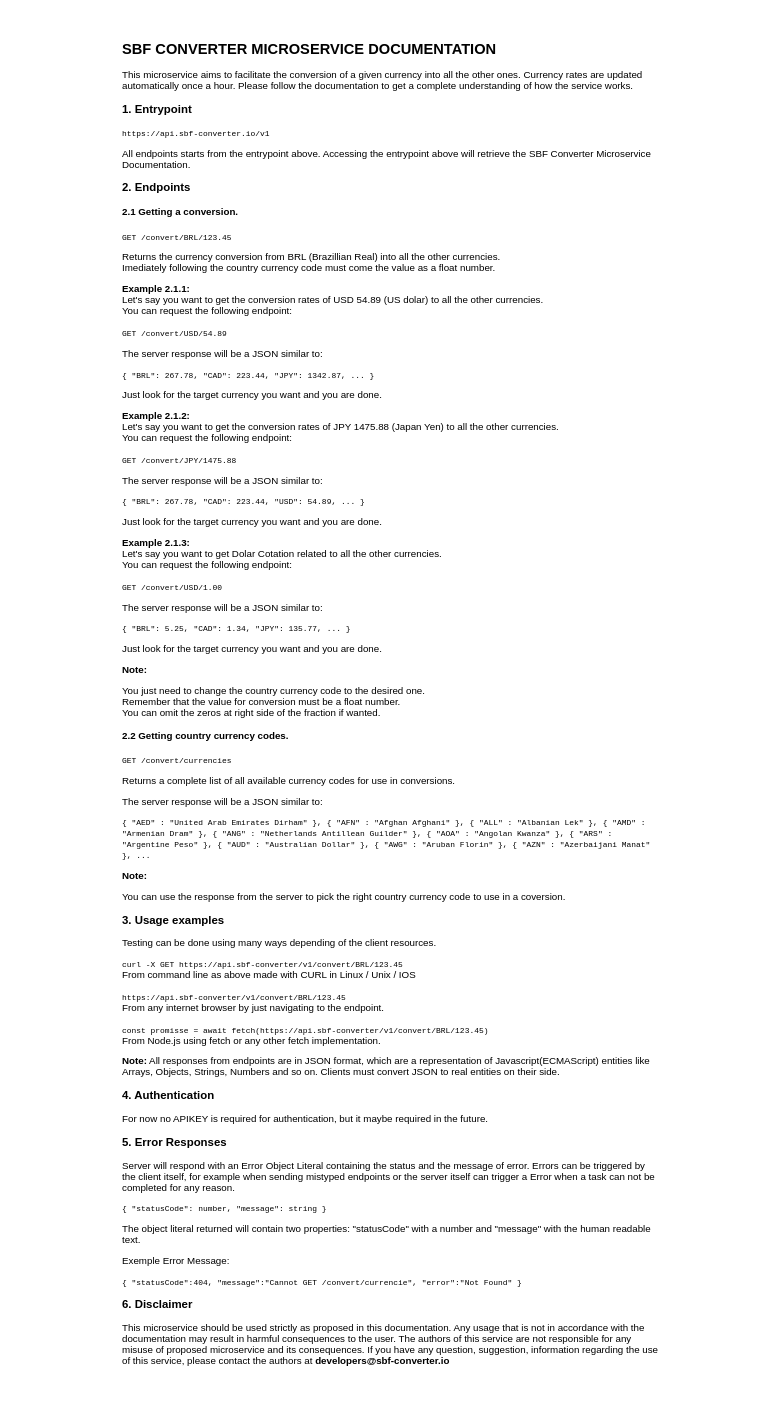
Repository: miguelamello/nestjs-restful-api
Page: documentation.html
The author's editor kept a copy of each file at every save. The page is drawn from the files as they stood at one save, then again after the next save.
The browser window is 1280 px wide. The pictures show the whole page, at 61% of full size.

Above is the page before, as saved 2023-03-23 15:08:56.

### documentation.html
<!DOCTYPE html>
<html lang="en">
<head>
  <meta charset="UTF-8">
  <meta http-equiv="X-UA-Compatible" content="IE=edge">
  <meta name="viewport" content="width=device-width, initial-scale=1.0">
  <title>SBF Converter Microservice</title>
  <style>
    body {
      font-family: Arial, Helvetica, sans-serif;
      padding: 3% 15%;
    }

    h3 {
      margin-top: 2%;
    }
  </style>
</head>
<body>
  <h2>SBF CONVERTER MICROSERVICE DOCUMENTATION</h2>
  <p>
    This microservice aims to facilitate the conversion of a given currency
    into all the other ones. Currency rates are updated automatically once a hour.
    Please follow the documentation to get a complete understanding of how the service works.
  </p>

  <h3>1. Entrypoint</h3>
  <code>https://api.sbf-converter.io/v1</code>
  <p>
    All endpoints starts from the entrypoint above. Accessing the entrypoint
    above will retrieve the SBF Converter Microservice Documentation.
  </p>

  <h3>2. Endpoints</h3>
  <h4>2.1 Getting a conversion.</h4>
  <p>
    <code>GET /convert/BRL/123.45</code>
    <div>Returns the currency conversion from BRL (Brazillian Real) into all the other currencies.</div>
    <div>Imediately following the country currency code must come the value as a float number.</div>

    <p>
      <div><b>Example 2.1.1:</b></div>
      <div>Let's say you want to get the conversion rates of USD 54.89 (US dolar) to all the other currencies.</div>
      <div>You can request the following endpoint:</div><br>
      <code>GET /convert/USD/54.89</code>
    </p>

    <p>The server response will be a JSON similar to:</p>

    <code>{ "BRL": 267.78, "CAD": 223.44, "JPY": 1342.87, ... }</code>

    <p>Just look for the target currency you want and you are done.</p>

    <p>
      <div><b>Example 2.1.2:</b></div>
      <div>Let's say you want to get the conversion rates of JPY 1475.88 (Japan Yen) to all the other currencies.</div>
      <div>You can request the following endpoint:</div><br>
      <code>GET /convert/JPY/1475.88</code>
    </p>

    <p>The server response will be a JSON similar to:</p>

    <code>{ "BRL": 267.78, "CAD": 223.44, "USD": 54.89, ... }</code>

    <p>Just look for the target currency you want and you are done.</p>

    <p>
      <div><b>Example 2.1.3:</b></div>
      <div>Let's say you want to get Dolar Cotation related to all the other currencies.</div>
      <div>You can request the following endpoint:</div><br>
      <code>GET /convert/USD/1.00</code>
    </p>

    <p>The server response will be a JSON similar to:</p>

    <code>{ "BRL": 5.25, "CAD": 1.34, "JPY": 135.77, ... }</code>

    <p>Just look for the target currency you want and you are done.</p>

    <p>
      <b>Note:</b>
      <div>You just need to change the country currency code to the desired one.</div>
      <div>Remember that the value for conversion must be a float number.</div>
      <div>You can omit the zeros at right side of the fraction if wanted.</div>
    </p>
  </p>

  <h4>2.2 Getting country currency codes.</h4>
  <p>
    <code>GET /convert/currencies</code>
    <div>Returns a complete list of all available currency codes for use in conversions.</div>

    <p>The server response will be a JSON similar to:</p>
    <code>
      { "AED" : "United Arab Emirates Dirham" },
      { "AFN" : "Afghan Afghani" },
      { "ALL" : "Albanian Lek" },
      { "AMD" : "Armenian Dram" },
      { "ANG" : "Netherlands Antillean Guilder" },
      { "AOA" : "Angolan Kwanza" },
      { "ARS" : "Argentine Peso" },
      { "AUD" : "Australian Dollar" },
      { "AWG" : "Aruban Florin" },
      { "AZN" : "Azerbaijani Manat" },
      ...
    </code>

    <p>
      <b>Note:</b>
      <div>You can use the response from the server to pick the right
        country currency code to use in a coversion.</div>
    </p>
  </p>

  <h3>3. Usage examples</h3>

  <p>Testing can be done using many ways depending of the client resources.</p>

  <code>curl -X GET https://api.sbf-converter/v1/convert/BRL/123.45</code>
  <div>From command line as above made with CURL in Linux / Unix / IOS</div>
  <br>
  <code>https://api.sbf-converter/v1/convert/BRL/123.45</code>
  <div>From any internet browser by just navigating to the endpoint.</div>
  <br>
  <code>const promisse = await fetch(https://api.sbf-converter/v1/convert/BRL/123.45)</code>
  <div>From Node.js using fetch or any other fetch implementation.</div>

  <p>
    <b>Note:</b> All responses from endpoints are in JSON format, which are a
    representation of Javascript(ECMAScript) entities like Arrays, Objects,
    Strings, Numbers and so on. Clients must convert JSON to real entities
    on their side.
  </p>

  <h3>4. Authentication</h3>
  <p>For now no APIKEY is required for authentication, but it maybe required in the future.</p>

  <h3>5. Error Responses</h3>

  <p>
    Server will respond with an Error Object Literal containing
    the status and the message of error. Errors can be triggered
    by the client itself, for example when sending mistyped endpoints
    or the server itself can trigger a Error when a
    task can not be completed for any reason.
  </p>

  <p>
    <code>{ "statusCode": number, "message": string }</code><br>
    <div>
      The object literal returned will contain two properties:
      "statusCode" with a number and "message" with the human readable text.
    </div>
  </p>

  <p>Exemple Error Message:</p>
  <p>
    <code>
      { "statusCode":404, "message":"Cannot GET /convert/currencie", "error":"Not Found" }
    </code>
  </p>

  <h3>6. Disclaimer</h3>
  <p>
    This microservice should be used strictly as proposed in this documentation.
    Any usage that is not in accordance with the documentation may result in harmful
    consequences to the user. The authors of this service are not responsible for
    any misuse of proposed microservice and its consequences. If you have any question,
    suggestion, information regarding the use of this service, please contact
    the authors at <b>developers@sbf-converter.io</b>
  </p>

</body>
</html>

After the next save:
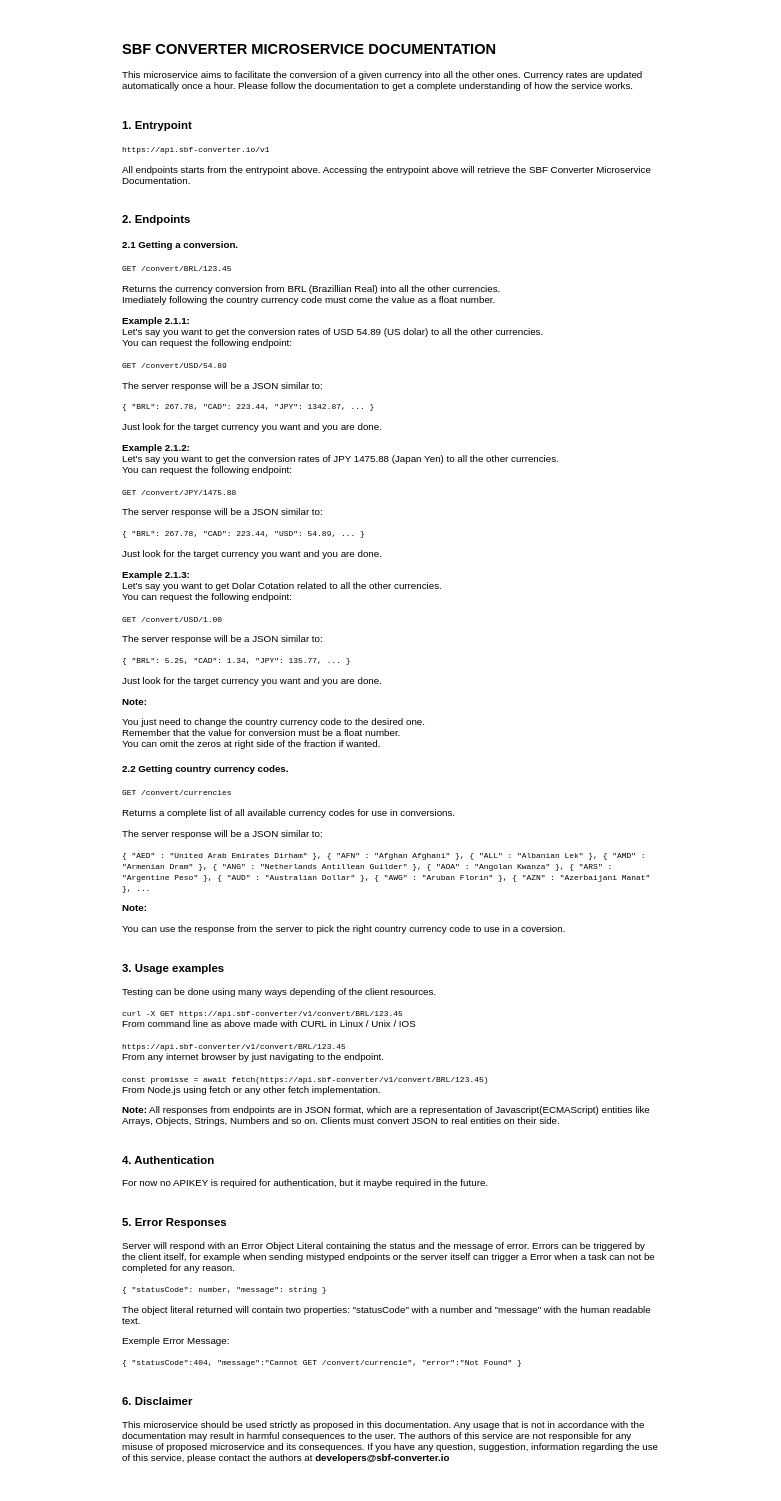
Saved 20 s later.
--- a/documentation.html
+++ b/documentation.html
@@ -12,7 +12,7 @@
     }
 
     h3 {
-      margin-top: 2%;
+      margin-top: 5%;
     }
   </style>
 </head>
